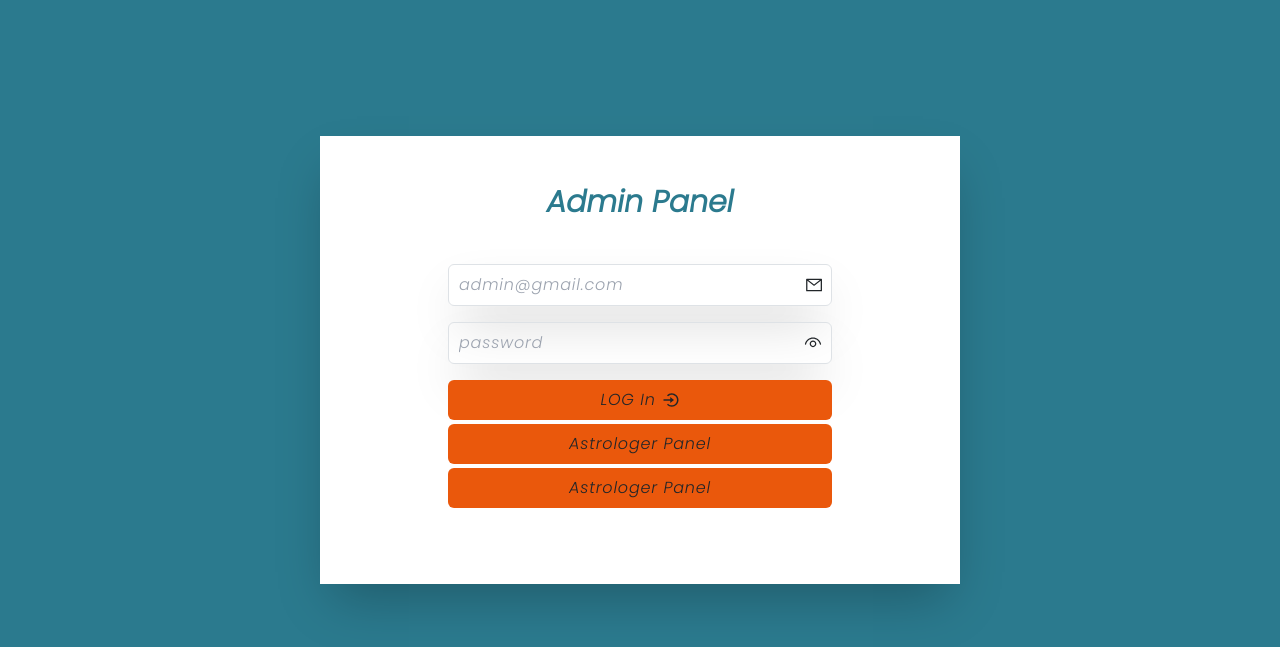
Repository: FlyweisReact/Hariom-Admin-Panel
Page: /
An editor plug-in stored every save of this project. The page is shown before and after the next save, followed by the edit.
The browser window is 1280 px wide. The pictures show the whole page.
Some web libraries are served in a nearby version. The project was rebuilt for these pictures with package versions that can differ from the ones it lists, and the page was loaded fresh each time. Also part of the build but not shown: src/components/vendorPanel/components/layout/Navbar.jsx, src/components/vendorPanel/components/layout/Sidebar.jsx, src/components/vendorPanel/components/layout/HOC.jsx, src/components/vendorPanel/components/pages/Astrologer/Astrologers.js, src/components/vendorPanel/components/pages/Astrologer/Banners.js, src/vendorPanel/layout/Navbar.jsx, src/vendorPanel/layout/Sidebar.jsx, src/vendorPanel/layout/HOC.jsx and 5 more. Imported but missing from the stored project, and not drawn on this page: src/components/vendorPanel/components/pages/Astrologer/AdminDiscount, src/components/vendorPanel/components/pages/Astrologer/AdminReview, src/components/vendorPanel/components/pages/Astrologer/UploadDocs, src/components/vendorPanel/components/pages/Booking/Booking, src/components/vendorPanel/components/pages/Horoscope/Horoscope, src/components/vendorPanel/components/pages/Kundli/Kundli, src/components/vendorPanel/components/pages/Message/Message, src/components/vendorPanel/components/pages/Support and 2 more.

Above is the page before, as saved 2023-04-15 15:06:23.

After the next save:
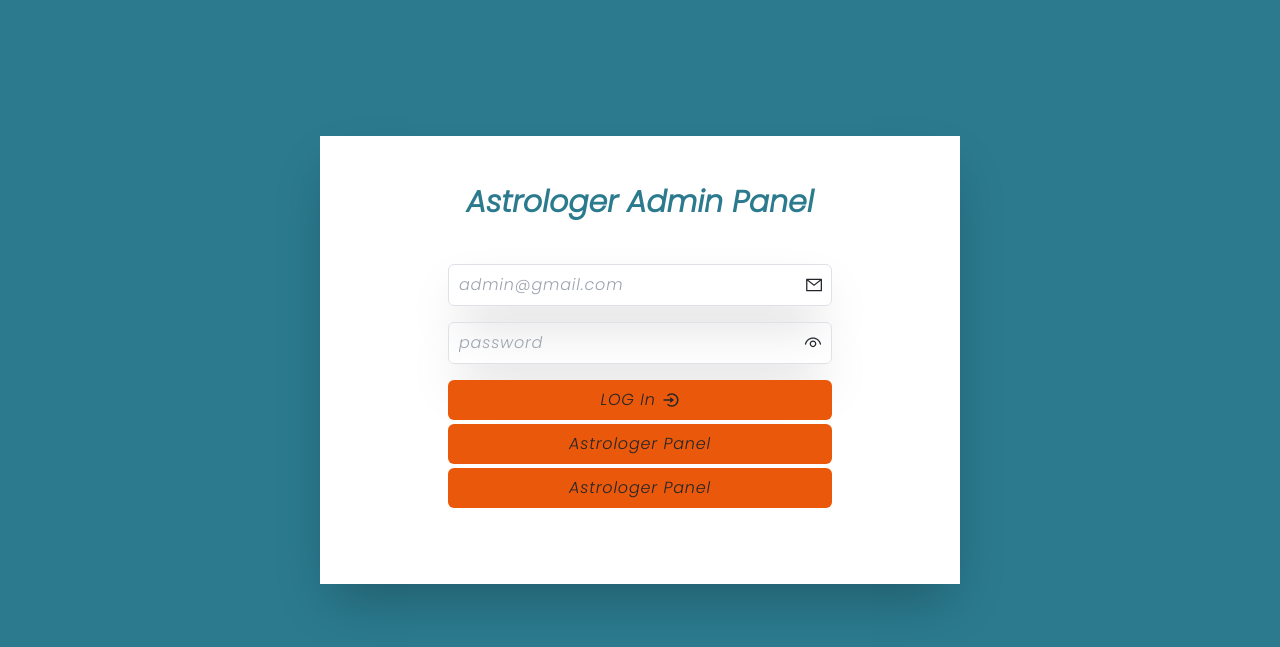
Saved 19 s later.
--- a/src/components/vendorPanel/components/forms/VendorLogin.jsx
+++ b/src/components/vendorPanel/components/forms/VendorLogin.jsx
@@ -34,7 +34,7 @@ const VendorLogin = () => {
         style={{ backgroundColor: "#2b7a8e" }}
       >
         <form className="shadow-2xl w-96 mx-3 sm:mx-0 sm:w-4/5 md:w-4/6 lg:w-4/5 xl:w-1/2 flex flex-col items-center bg-white p-5 md:py-10 ">
-          <p className="text-3xl" style={{  color : "#2b7a8e" , fontWeight : 'bold'}}> Admin Panel </p>
+          <p className="text-3xl" style={{  color : "#2b7a8e" , fontWeight : 'bold'}}> Astrologer Admin Panel </p>
           <section className="py-7">
             {/* Email */}
             <div className="shadow-2xl sm:w-96 border border-[rgb(241,146,46)] space-x-4 flex items-center w-64  p-2 rounded-md">
